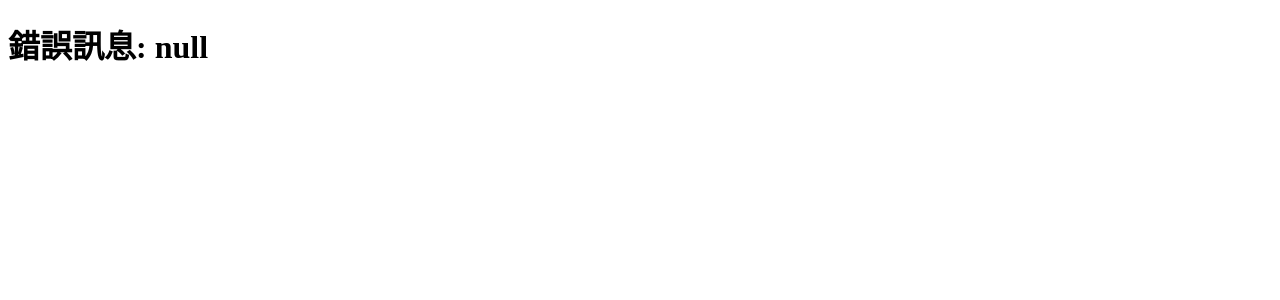
Repository: Jane708/Lab
Page: http://localhost/javaweb/bmi
The author's editor kept a copy of each file at every save. The page is drawn from the files as they stood at one save, then again after the next save.
The browser window is 1280 px wide. The pictures show the whole page.
The page is served by Tomcat 10.

Above is the page before, as saved 2024-10-31 10:52:51.

After the next save:
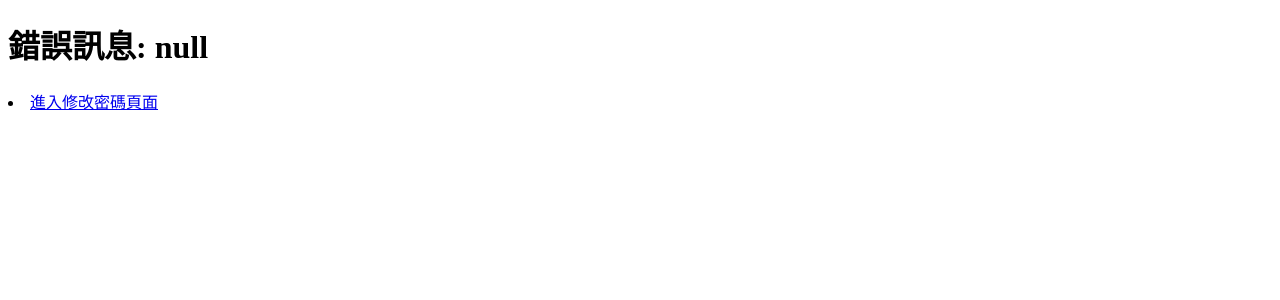
Saved 78 min 18 s later.
--- a/javaweb/src/main/webapp/WEB-INF/view/error.jsp
+++ b/javaweb/src/main/webapp/WEB-INF/view/error.jsp
@@ -10,6 +10,9 @@
 		<h1>
 			錯誤訊息: <%=request.getAttribute("message") %>
 		</h1>
+		 <li class="pure-menu-item">
+		    <a href="/javaweb/user/update/password" class="pure-menu-link">進入修改密碼頁面</a>
+		 </li>
 
 	</body>
 </html>
